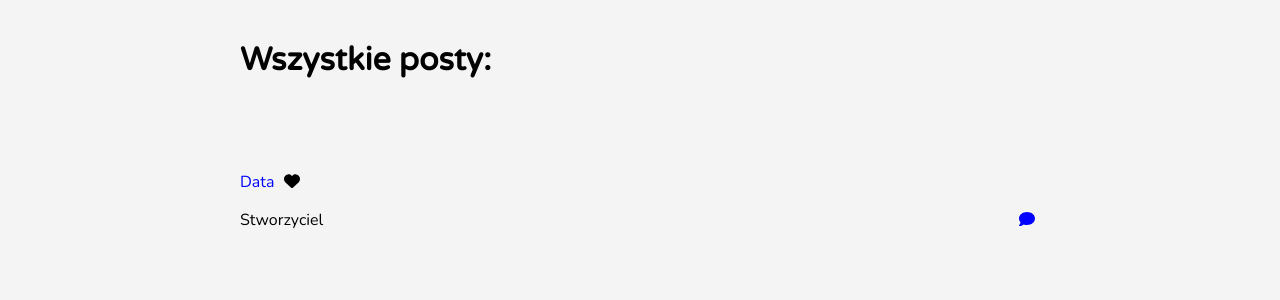
Repository: noisevisionproductions/PlayMeetWebsite
Page: src/main/resources/templates/posts.html
The author's editor kept a copy of each file at every save. The page is drawn from the files as they stood at one save, then again after the next save.
The browser window is 1280 px wide. The pictures show the whole page.
The page's requests for data from a server got no answer. Some web libraries are served in a nearby version.

Above is the page before, as saved 2024-03-25 00:50:25.

### src/main/resources/templates/posts.html
<!DOCTYPE html>
<html lang="en">

<head>
    <meta charset="UTF-8">
    <meta name="viewport" content="width=device-width, initial-scale=1.0">
    <title>Posty</title>
    <link rel="icon" type="image/x-icon" href="assets/favicon.ico" />
    <!-- Font Awesome icons (free version)-->
    <script src="https://use.fontawesome.com/releases/v6.3.0/js/all.js" crossorigin="anonymous"></script>
    <!-- Google fonts-->
    <link href="https://fonts.googleapis.com/css?family=Varela+Round" rel="stylesheet" />
    <link
        href="https://fonts.googleapis.com/css?family=Nunito:200,200i,300,300i,400,400i,600,600i,700,700i,800,800i,900,900i"
        rel="stylesheet" />
    <!-- Core theme CSS (includes Bootstrap)-->
    <link href="css/posts.css" rel="stylesheet" />

</head>


<body>
    <!-- Contener for posts displaying -->
    <div class="container">
        <h1 class="posts-header"> Wszystkie posty:</h1>
        <div id="posts-container">
            <h2 class="post-avatar">
            </h2>
            <span class="post-date">Data</span>

            <span class="post-singup"><i class="fas fa-heart"></i></span>
        </div>
        <div class="post-content">
            <p class="post-sportType"></p>
            <p class="post-dateTime"></p>
            <p class="post-hourTime"></p>
            <p class="post-skillLevel"></p>
            <p class="post-peopleStatus"></p>
            <p class="post-additionalInfo"></p>
        </div>
        <div class="post-footer">
            <span class="post-creator">Stworzyciel</span>
            <span class="post-chat">
                <i class="fas fa-comment">Chat </i>
            </span>
        </div>
    </div>
    <script src="js/posts.js"></script>
</body>

</html>

### src/main/resources/static/css/posts.css
body {
    font-family: "Nunito", sans-serif;
    margin: 0;
    padding: 0;
    background-color: #f4f4f4;
}

.container {
    max-width: 800px;
    margin: auto;
    padding: 20px;
}

.post {
    background: #fff;
    background-color: #fff;
    padding: 20px;
    margin-bottom: 20px;
    border: 1px solid #ddd;
    border-radius: 5px;
    margin: 10px;
    box-shadow: 0 2px 4px rgba(0, 0, 0, 0.1);
}

.post-header,
.post-footer {
    display: flex;
    justify-content: space-between;
    align-items: center;
}

.post-sport,
.post-date,
.post-chat {
    margin-right: 5px;
    color: blue;
}

.post-title {
    margin: 0;
}

.post h2 {
    margin-top: 0;
}

h1,
h2,
h3,
h4,
h5,
h6 {
    font-family: "Varela Round", sans-serif;
}

.post-avatar {
    width: 50px;
    height: 50px;
    border-radius: 50%;
    object-fit: cover;
}

### src/main/resources/static/js/posts.js
/*!
* Script for displaying posts that users created. Posts will be downloaded from database.
*/
document.addEventListener('DOMContentLoaded', function () {
    fetch('/api/posts', {
        headers: {
            'Accept': 'application/json'
        }
    })
        .then(response => response.json())
        .then(posts => {
            const postsContainer = document.getElementById('posts-container');
            posts.forEach(element => {
                const postElement = document.createElement('div');
                postElement.className = 'post';

                // Creating user avatar
                const userAvatar = document.createElement('img');
                userAvatar.src = 'assets/post/sample_avatar.png';
                userAvatar.alt = 'Avatar użytkownika';
                userAvatar.className = 'post-avatar';

                // Creating header
                const postHeader = document.createElement('div');
                postHeader.className = 'post-header';

                const postTitle = document.createElement('h2');
                postTitle.className = 'postTitle';
                postTitle.textContent = element.postId;

                // Adding elements to the header
                postHeader.appendChild(userAvatar);
                postHeader.appendChild(postTitle);

                // Adding everything to the post
                postElement.appendChild(postHeader);


                postsContainer.appendChild(postElement);
            });
        })
        .catch(error => console.error('Error', error));
})

After the next save:
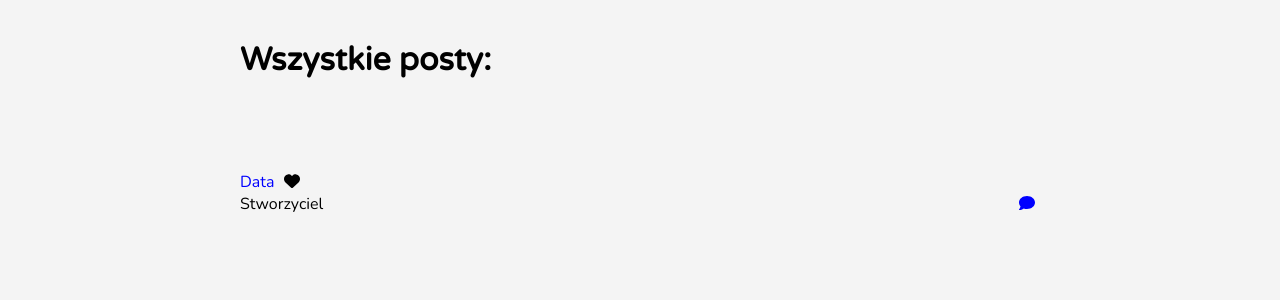
Saved 75 min 30 s later.
--- a/src/main/resources/templates/posts.html
+++ b/src/main/resources/templates/posts.html
@@ -31,12 +31,12 @@
             <span class="post-singup"><i class="fas fa-heart"></i></span>
         </div>
         <div class="post-content">
-            <p class="post-sportType"></p>
+            <!-- <p class="post-sportType"></p>
             <p class="post-dateTime"></p>
             <p class="post-hourTime"></p>
             <p class="post-skillLevel"></p>
             <p class="post-peopleStatus"></p>
-            <p class="post-additionalInfo"></p>
+            <p class="post-additionalInfo"></p> -->
         </div>
         <div class="post-footer">
             <span class="post-creator">Stworzyciel</span>
